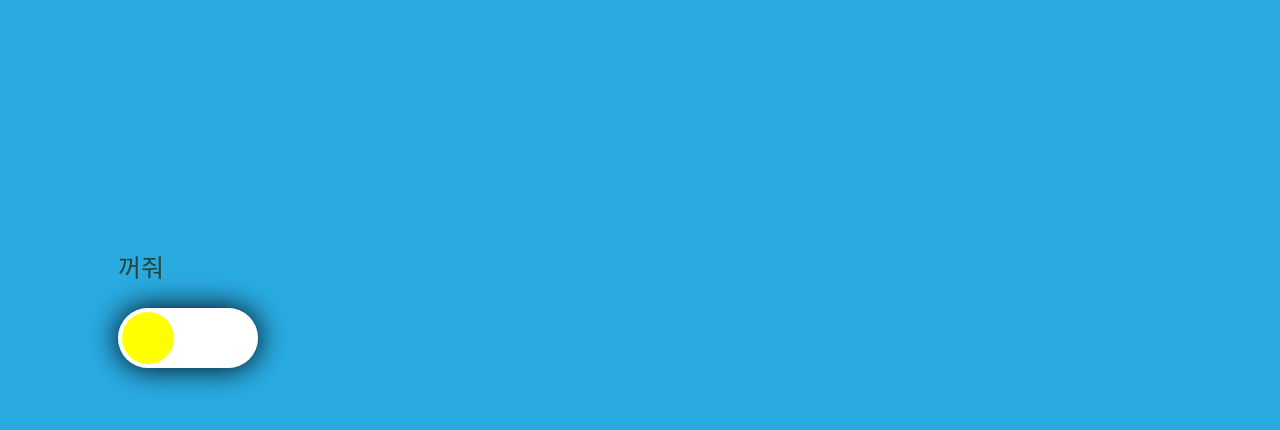
Repository: bulzzom/BULZZOM-web
Page: bulzzom.html
The author's editor kept a record of every edit. The page is drawn from the files as they stood at one moment, then again after the next edit.
The browser window is 1280 px wide. The pictures show the whole page.

Above is the page before.

After the next edit:
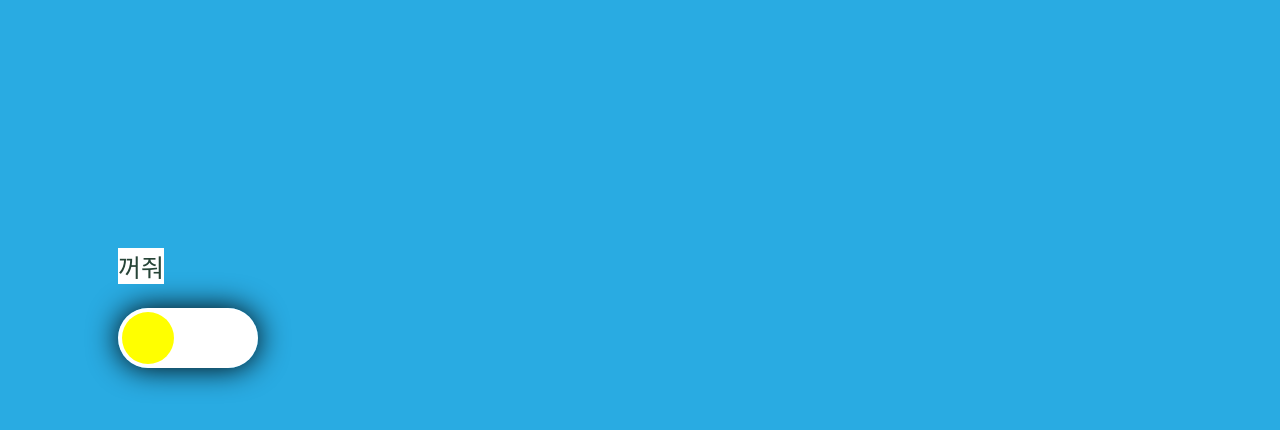
The edit:
--- a/bulzzom.css
+++ b/bulzzom.css
@@ -108,6 +108,7 @@ input:checked + .slider:before {
 /* Rounded sliders */
 .slider:after
 {
+    background-color:#ffffff;
     content:'꺼줘';
     display: block;
     position: absolute;
